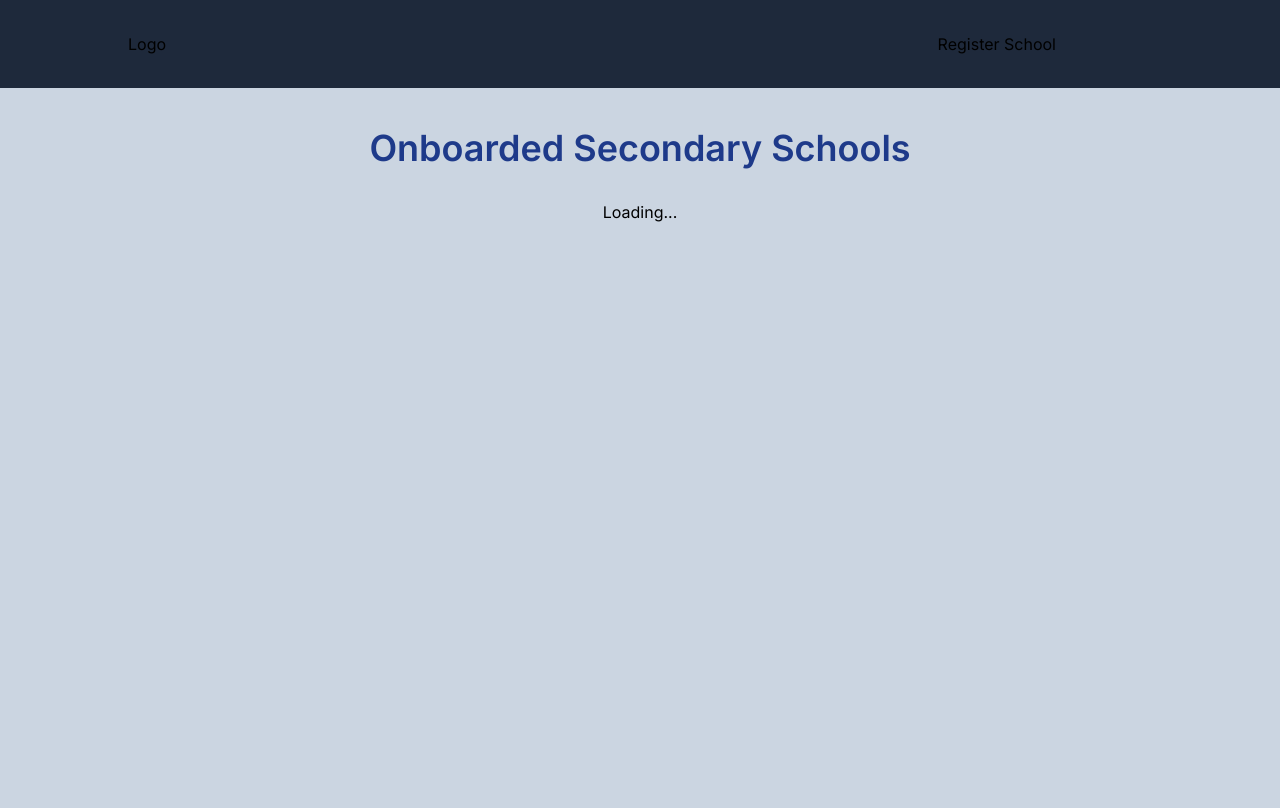
Repository: marcusdashe/fullstack-ts
Page: /
The author's editor kept a copy of each file at every save. The page is drawn from the files as they stood at one save, then again after the next save.
The browser window is 1280 px wide. The pictures show the whole page.
The page's requests for data from a server got no answer. The project was rebuilt for these pictures with package versions that can differ from the ones it lists, and the page was loaded fresh each time. The framework's server and built-in components were replaced by stand-ins that run in the browser. No one was signed in, and anything a server would have sent is missing. Also part of the build but not shown: next.config.js, app/components/SchoolCard.tsx.

Above is the page before, as saved 2023-07-28 09:51:57.

After the next save:
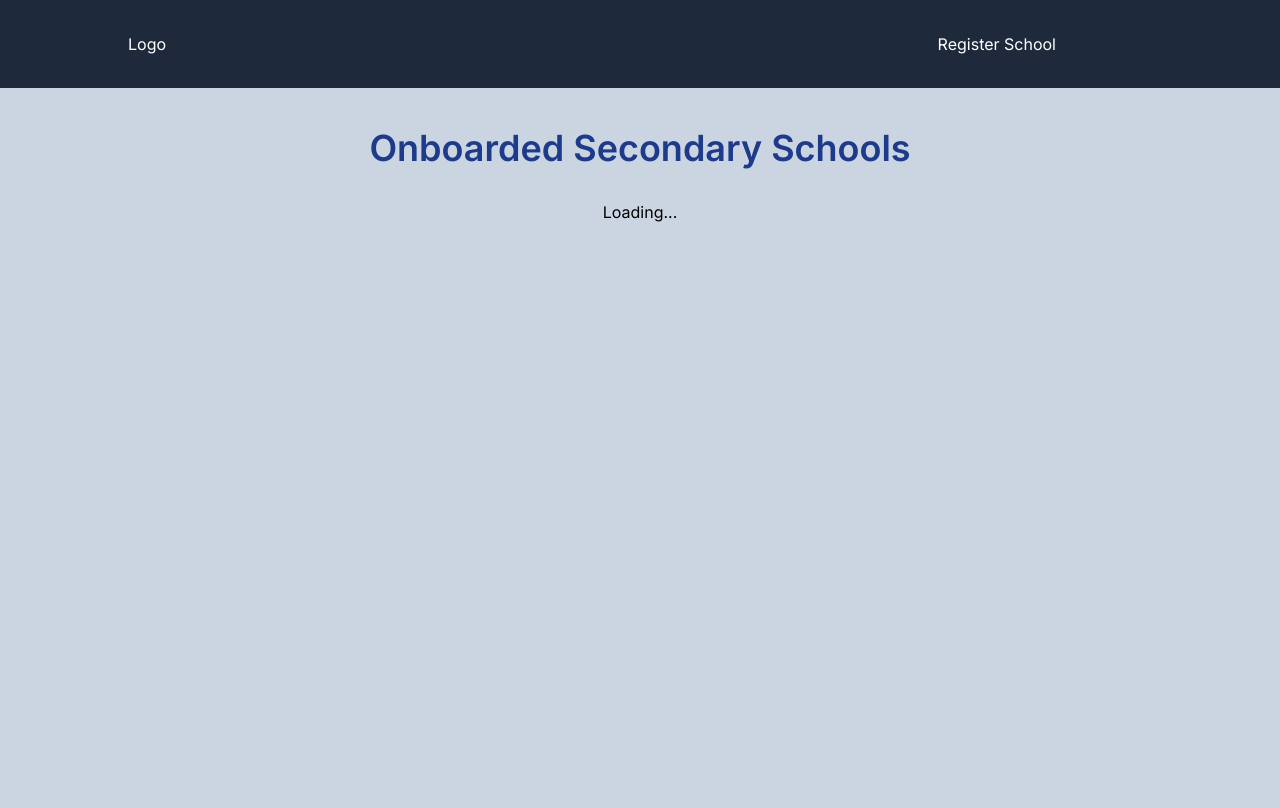
Saved 15 s later.
--- a/app/components/NavBar.tsx
+++ b/app/components/NavBar.tsx
@@ -34,7 +34,7 @@ const Navbar: React.FC = () => {
   return (
     <header
       className="w-full px-32 py-8 font-medium
-            flex items-center justify-between sticky top-0 z-10 bg-slate-800"
+            flex items-center justify-between sticky top-0 z-10 bg-slate-800 text-white"
     >
       <nav>
         <CustomLink href="/" title="Logo" className="mr-4" />
